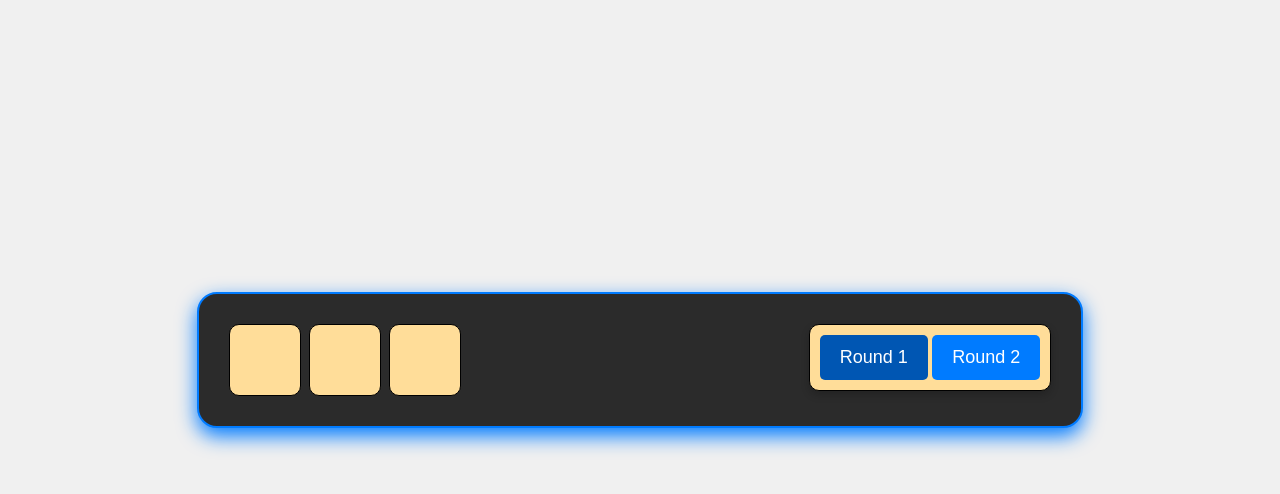
Repository: radisyah/THE_BRAIN_STORM
Page: Broken Link.html
The author's editor kept a copy of each file at every save. The page is drawn from the files as they stood at one save, then again after the next save.
The browser window is 1280 px wide. The pictures show the whole page.

Above is the page before, as saved 2024-11-11 11:06:52.

After the next save:
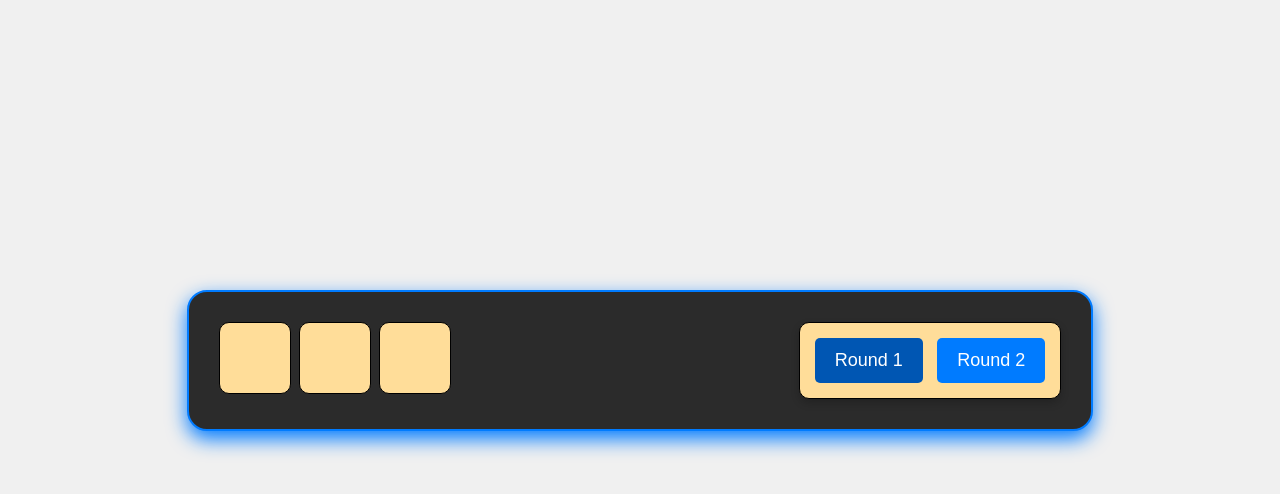
Saved 6 min 11 s later.
--- a/Broken Link.html
+++ b/Broken Link.html
@@ -83,6 +83,17 @@
             cursor: pointer;
         }
 
+        button {
+            margin: 5px 5px;
+            padding: 10px 20px;
+            font-size: 18px;
+            border: none;
+            border-radius: 5px;
+            background-color: #007bff;
+            color: white;
+            cursor: pointer;
+            transition: background-color 0.3s;
+        }
 
         .question-buttons {
             display: flex;
